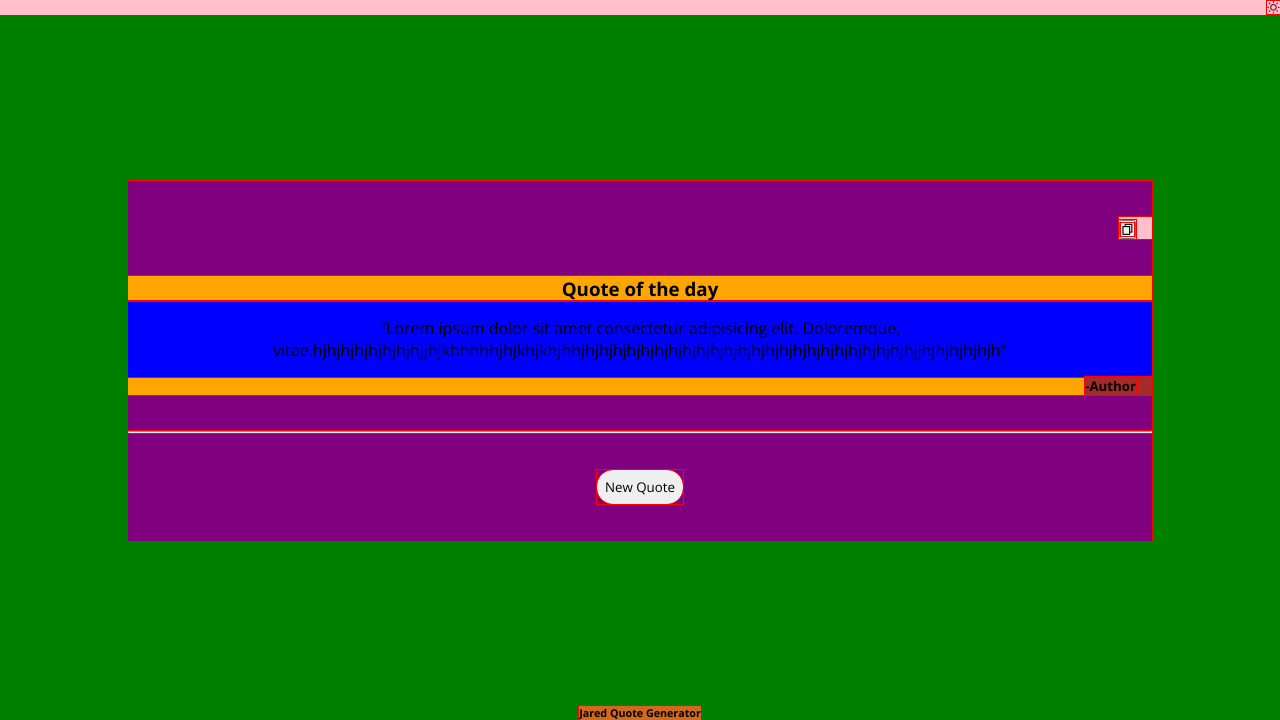
Repository: EguJaredoBoyd/Jared-Quote-Generator
Page: html/main.html
An editor plug-in stored every save of this project. The page is shown before and after the next save, followed by the edit.
The browser window is 1280 px wide. The pictures show the whole page.
Some web libraries are served in a nearby version.

Above is the page before, as saved 2026-01-09 01:50:10.

### html/main.html
<!DOCTYPE html>
<html lang="en">
  <head>
    <meta charset="UTF-8" />
    <meta name="viewport" content="width=device-width, initial-scale=1.0" />
    <link rel="stylesheet" href="../css/style.css" />
    <script src="../js/main.js" defer></script>
    <link
      href="https://cdn.jsdelivr.net/npm/remixicon@4.8.0/fonts/remixicon.css"
      rel="stylesheet"
    />
    <link rel="preconnect" href="https://fonts.googleapis.com" />
    <link rel="preconnect" href="https://fonts.gstatic.com" crossorigin />
    <link
      href="https://fonts.googleapis.com/css2?family=Open+Sans:ital,wght@0,300..800;1,300..800&display=swap"
      rel="stylesheet"
    />
    <title>Document</title>
  </head>
  <body>
    <div class="container">
      <header>
        <button><i class="ri-sun-line"></i></button>
      </header>
      <main>
        <div class="quote-container">
          <div class="quote-container__copy">
            <button><i class="ri-file-copy-line"></i></button>
          </div>
          <div class="quote-container__quotes">
            <h3>Quote of the day</h3>
            <p>
              "Lorem ipsum dolor sit amet consectetur adipisicing elit.
              Doloremque,
              vitae.hjhjhjhjhjhjhjhjjhjkhhhhhjhjkhjkhjhhjhjhjhjhjhjhjhjhjhjhjhjhjhjhjhjhjhjhjhjhjhjhjhjhjjhjhjhjhjhjh"
            </p>
            <div class="quote-container__author">
              <h5>-Author</h5>
            </div>
          </div>
          <hr />
          <div class="quote-container__new--quote">
            <button>New Quote</button>
          </div>
        </div>
      </main>
      <footer>
        <div class="footer__developer">
          <h6>Jared Quote Generator</h6>
        </div>
      </footer>
    </div>
  </body>
</html>

### css/style.css
* {
  margin: 0;
  padding: 0;
  box-sizing: border-box;

  outline: 1px solid red;
}

:root {
  --background-color: #7b0d1e;
  --card-color: #f8e5ee;
  --text-color: black;
  --button-color: #7b0d1e;
}

html {
  font-size: 16px;
}

.lighter-theme {
  --background-color: #f8e5ee;
  --card-color: #7b0d1e;
  --text-color: whitesmoke;
  --button-color: #f8e5ee;
}

body {
  font-family: "Open Sans", sans-serif;
}

.container {
  background-color: green;
  height: 100vh;
  display: flex;
  flex-direction: column;
  justify-content: space-between;
  align-items: center;
}

header {
  display: flex;
  justify-content: flex-end;
  background-color: pink;
  width: 100%;
}

header button {
  border: none;
  background: none;
  color: var(--button-color);
}

.quote-container {
  background-color: purple;
  display: flex;
  flex-direction: column;
  justify-content: space-evenly;
  align-items: center;
  height: 50vh;
  width: 80vw;
  max-width: 80vw;
}

.quote-container__copy {
  align-self: self-end;
  padding-right: 1rem;
  background-color: pink;
}

.quote-container__quotes {
  background-color: orange;
  max-width: 100%;
}

.quote-container__quotes h3 {
  text-align: center;
}

.quote-container__quotes p {
  background-color: blue;
  max-width: 100%;
  padding: 1rem 2rem;
  overflow-wrap: break-word;
  text-align: center;
}

.quote-container__author {
  background-color: brown;
  justify-self: end;
  padding-right: 1rem;
}

.quote-container hr {
  width: 100%;
}

.quote-container__new--quote button {
  padding: 0.5rem;
  border: none;
  border-radius: 1rem;
  font-family: "Open Sans", sans-serif;
}

.footer__developer {
  background-color: chocolate;
}

Loaded but not shown: js/main.js (no copy from this time; the picture is the same without it)

After the next save:
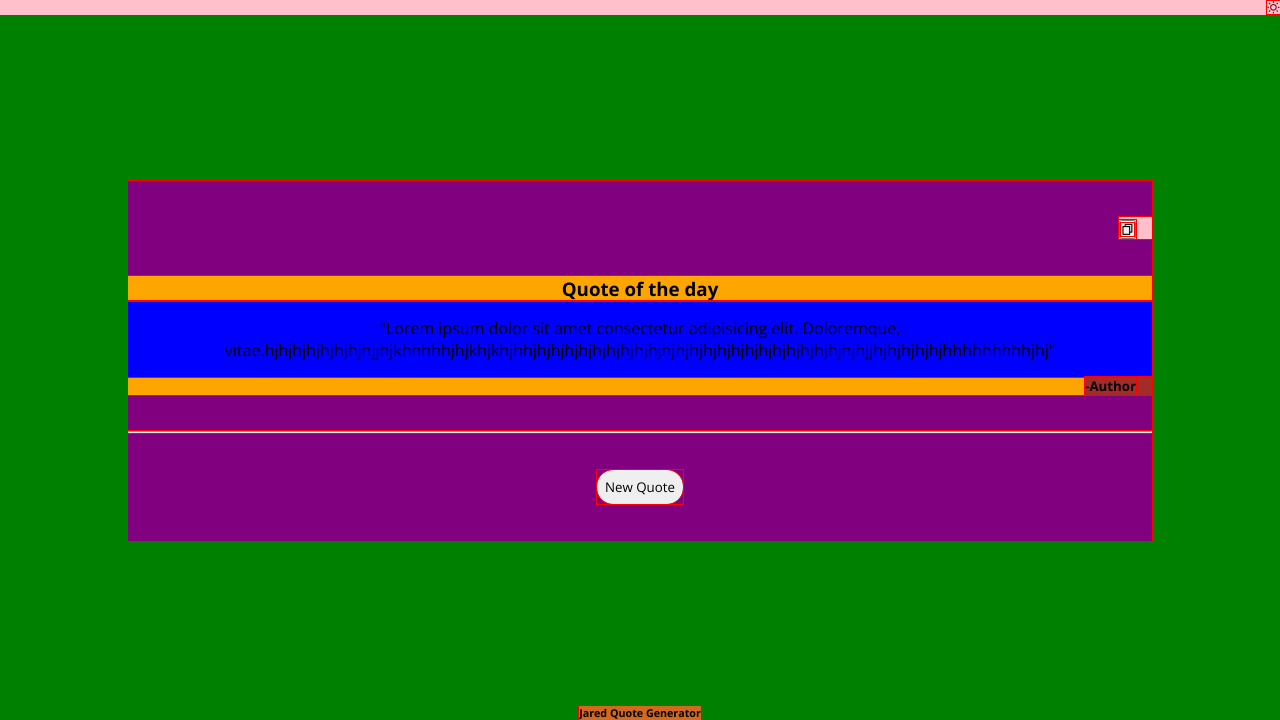
Saved 31 s later.
--- a/html/main.html
+++ b/html/main.html
@@ -32,7 +32,7 @@
             <p>
               "Lorem ipsum dolor sit amet consectetur adipisicing elit.
               Doloremque,
-              vitae.hjhjhjhjhjhjhjhjjhjkhhhhhjhjkhjkhjhhjhjhjhjhjhjhjhjhjhjhjhjhjhjhjhjhjhjhjhjhjhjhjhjhjjhjhjhjhjhjh"
+              vitae.hjhjhjhjhjhjhjhjjhjkhhhhhjhjkhjkhjhhjhjhjhjhjhjhjhjhjhjhjhjhjhjhjhjhjhjhjhjhjhjhjhjhjjhjhjhjhjhjhhhhhhhhhjhj"
             </p>
             <div class="quote-container__author">
               <h5>-Author</h5>
